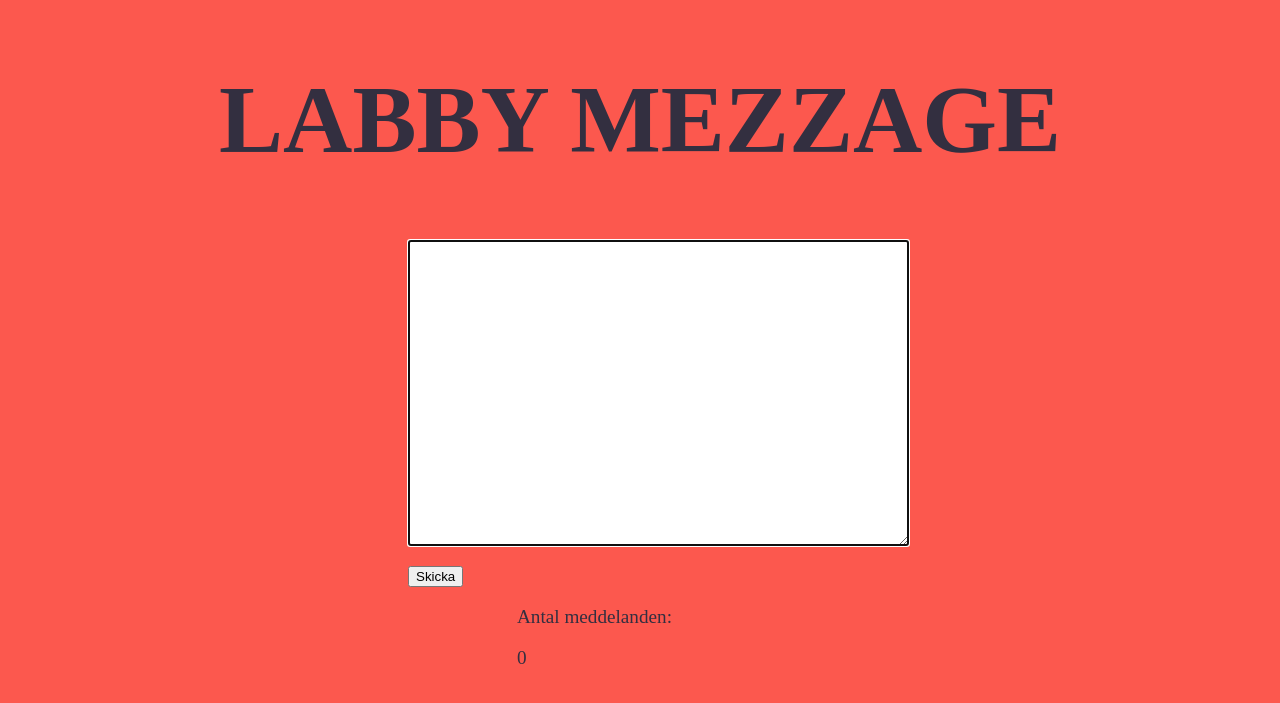
Repository: em222mt/1dv403-laborationer
Page: 2-labbymezzage/Index.html
The author's editor kept a record of every edit. The page is drawn from the files as they stood at one moment, then again after the next edit.
The browser window is 1280 px wide. The pictures show the whole page.

Above is the page before.

After the next edit:
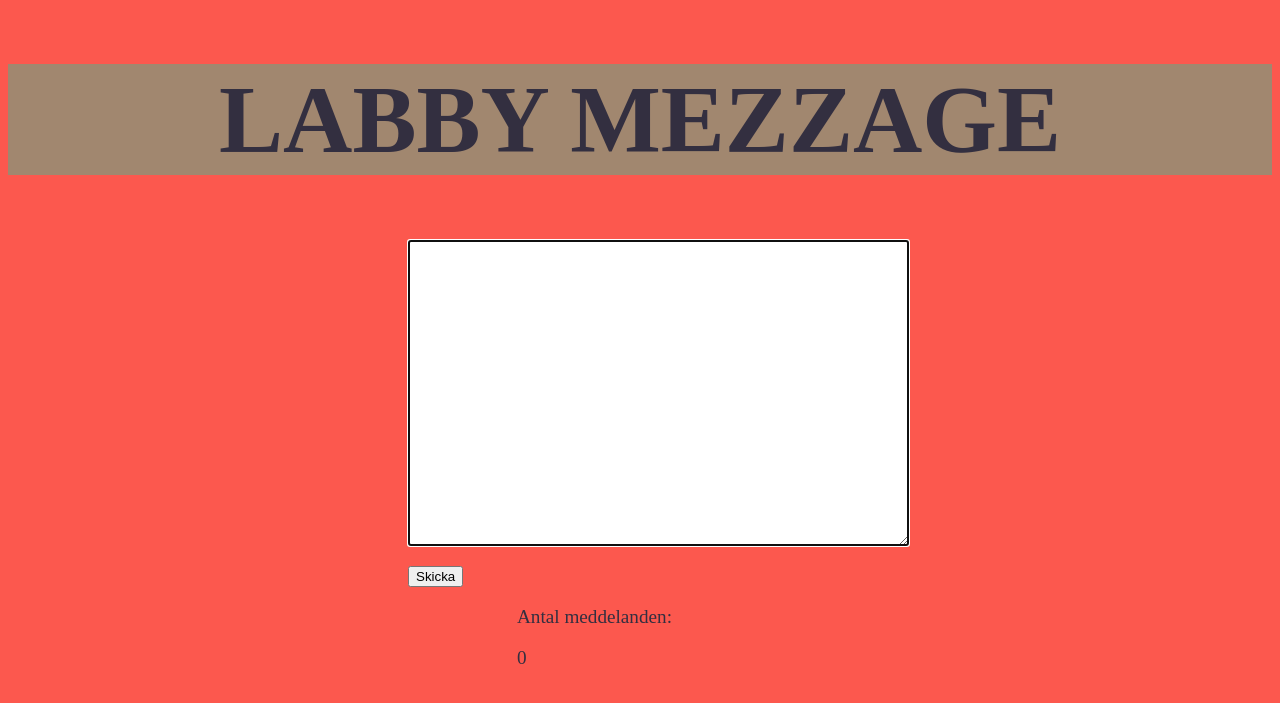
The edit:
--- a/2-labbymezzage/css/style.css
+++ b/2-labbymezzage/css/style.css
@@ -3,7 +3,7 @@
 article, aside, details, figcaption, figure,
 footer, header, hgroup, main, menu, nav{
 
-    background-color: #FC584E;
+    background-color: #A1876F;
 }
 
 /*Container*/
